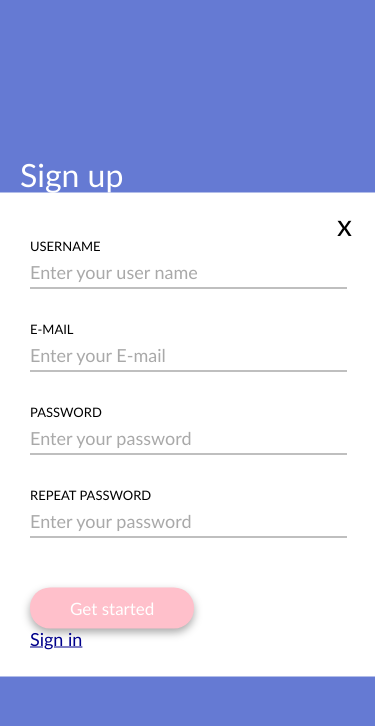
Repository: RugileG/registracijos-forma
Page: index.html
These files come from the project's save history. The page is drawn as it stood at one moment and after a run of saves; the edit follows.
The browser window is 375 px wide. The pictures show the whole page.

Above is the page before, as saved 2021-05-19 11:15:19.

### index.html
<!DOCTYPE html>
<html lang="en">
<head>
    <meta charset="UTF-8">
    <meta http-equiv="X-UA-Compatible" content="IE=edge">
    <meta name="viewport" content="width=device-width, initial-scale=1.0">
    <title>Registracija</title>
    <style>

        html {
            height: 100%;
        }

        body {
            max-width: 800px;
            min-height: 100%;
            margin: 0 auto;
            position: relative;
            background-color: #657AD3;
            font: normal normal normal 16px/19px Gill Sans MT;
        }

        .container {
            width: 100%;
            position: absolute;
            top: 50%;
            transform: translateY(-50%);
        }

        .left-column, .right-column {
            float:left;
            height: 484px;
        }

        .left-column {
            width: 40%;
            background-color: transparent;
        }

        .right-column {
            width: 60%;
            background-color: #FFFFFF ;
            position: relative;
        }

        .left-column-container {
            display: block;
            height: 424px;
            background-color: red;
            margin-top: 30px;
            background: transparent url('img/mountain.png') 0% 0% no-repeat padding-box;
            background-size: cover;
            padding-left: 40px;
            position:relative;
        }

        .right-column-container {
            padding-left: 60px;
            padding-top: 46px;
            padding-right: 60px;
            padding-bottom: 46px;
        }

        h1 {
            font: normal normal normal 32px/37px Gill Sans MT;
            color: #FFFFFF;
            margin: 0;
            padding-top: 32px;
        }

        .left-column p, .left-column a {
            display: inline-block;
            font: normal normal normal 16px/19px Gill Sans MT;
            color: #FFFFFF;
            margin: 0;
        }

        .right-column p {
            display: inline-block;
            font: normal normal normal 18px/21px Gill Sans MT;
            color: #000000;
            margin: 0;
            padding-left: 14px ;
        }

        .right-column a {
            display: inline-block;
            font: normal normal normal 18px/21px Gill Sans MT;
            color: #00008B;
            padding-left: 24px ;
            margin: 0;
        }

        .links {
            position: absolute;
            bottom: 25px;
        }

        label {
            display:block;
            font: normal normal normal 13px/15px Gill Sans MT;
            color: #000000;
            padding-bottom:12px;
        }


        .input {
            margin-bottom: 33px;
        }

        input {
            display: block;
            border: none;
            width: 100%;
            padding-left: 0;
            padding-bottom: 6px;
            border-bottom: 1px solid #808080;
        }

        input:focus {
            border: none;
            outline: none;
            border-bottom: 1px solid #808080;
        }

        ::-webkit-input-placeholder {
            font: normal normal normal 18px/21px Gill Sans MT;
            color: #A9A9A9;
        }

        .btn {
            font: normal normal normal 18px/21px Gill Sans MT;
            color: #FFFFFF;
            background-color: #FFC0CB;
            border-radius: 20px;
            padding-left: 40px;
            padding-right:40px;
            padding-top: 10px;
            padding-bottom: 10px;
            border: none;
            box-shadow: 0 4px 8px darkgray;
        }

        .btn:hover {
            cursor:pointer;
            box-shadow: 0 4px 8px grey;
        }

        .close {
            font: normal normal normal 30px/35px Gill Sans MT;
            color: #000000;
            position:absolute;
            top: 14px;
            right: 23px;
        }

        .close:hover {
            color:#00008B;
        }

        @media screen and (max-width: 664px) {
            .left-column-container {
                height: 100%;
                padding-left: 20px;
                margin-top: 0;
            }

            .right-column-container {
                padding-left: 30px;
                padding-right: 30px;
            }

            .right-column-bottom-action {
                margin-top:50px;
            }

            .links {
                bottom: 45px;
            }
            .or {
                display:none !important;
            }
        }

        @media (max-width:500px) and (min-width:368px) {
            .right-column a {
                display: block;
                padding-left: 0;
            }

            .btn {
                font-size: 17px;
            }

            .left-column, .right-column {
                width:100%
            }

            .left-column {
                height: auto;
            }

            .links {
                display:none;
            }

            .left-column-container {
                background: none;
            }
        }


    </style>
</head>
<body>
    <div class='container'>
        <div class='left-column'>
            <div class='left-column-container'>
                <h1>Sign up</h1>

                <div class='links'>
                    <a href='#'>Privacy policy</a>
                    <p>&</p>
                    <a href='#'>terms of service</a>
                </div>
            </div>
        </div>
        <div class='right-column'>
            <div class='right-column-container'>
                <span class='close'>x</span>
                <div class='input'>
                    <label for='username'>USERNAME</label>
                    <input placeholder='Enter your user name' type='text' id='username' name='username' />
                </div>
                <div class='input'>
                    <label for='email'>E-MAIL</label>
                    <input placeholder='Enter your E-mail' type='text' id='email' name='email' />
                </div>
                <div class='input'>
                    <label for='password'>PASSWORD</label>
                    <input placeholder='Enter your password' type='text' id='password' name='password' />
                </div>
                <div class='input'>
                    <label for='repeat_password'>REPEAT PASSWORD</label>
                    <input placeholder='Enter your password' type='text' id='repeat_password' name='repeat_password' />
                </div>

                <div class='right-column-bottom-action'>
                    <button class='btn'>Get started</button>
                    <p class='or'>or</p>
                    <a href='#'>Sign in</a>
                </div>
            </div>
        </div>
    </div>
</body>
</html>

After the next 3 saves:
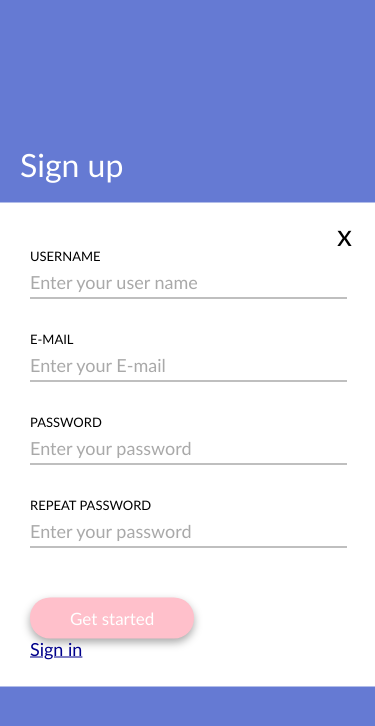
The 3 saves are shown as one change because they came seconds apart.
The last was saved 48 s later.
--- a/index.html
+++ b/index.html
@@ -207,6 +207,10 @@
             .left-column-container {
                 background: none;
             }
+
+            h1 {
+                padding-bottom:20px;
+            }
         }
 
 
